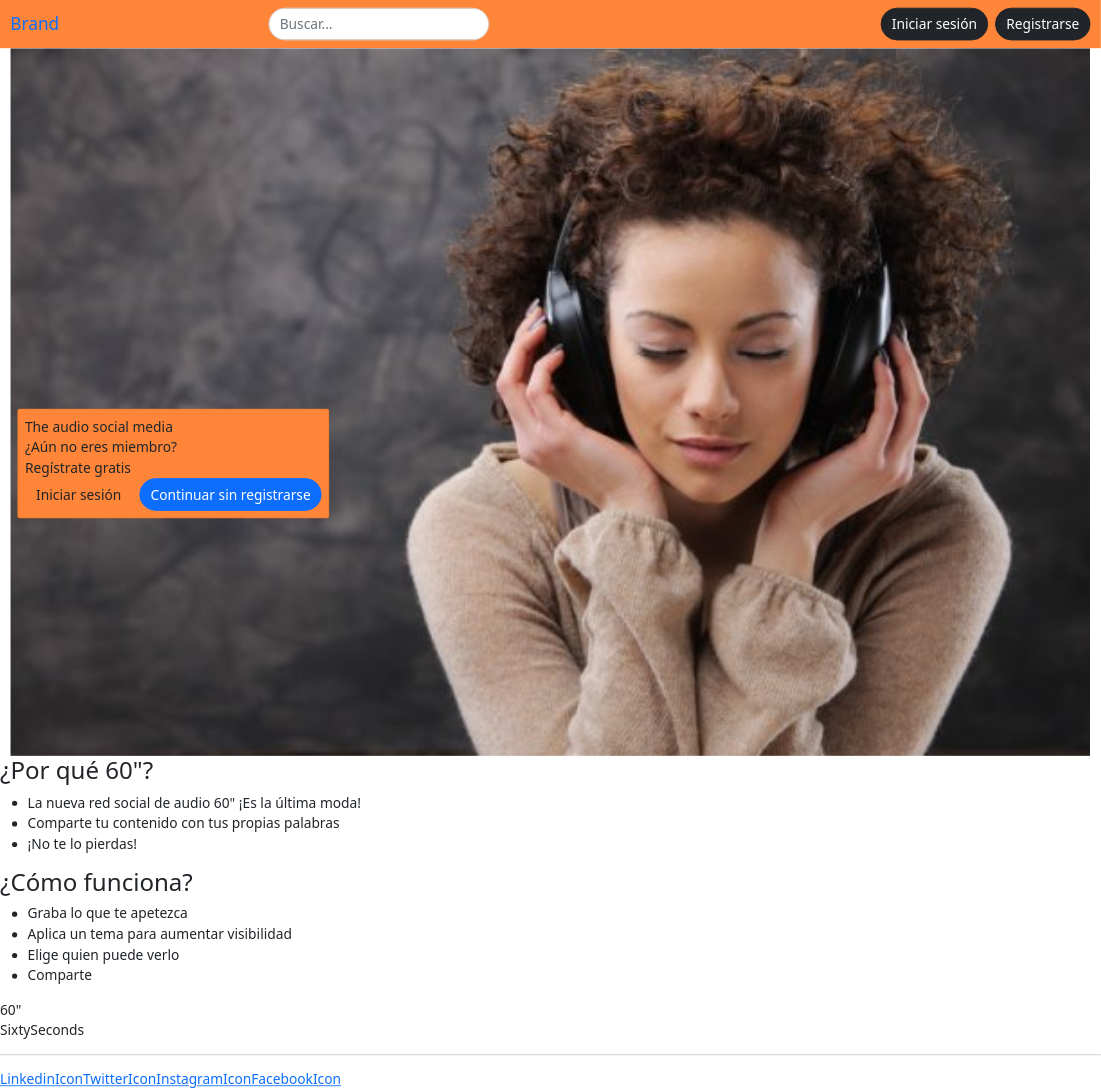
Repository: Zapulin/react-sixtySeconds-front
Page: /
An editor plug-in stored every save of this project. The page is shown before and after the next save, followed by the edit.
The browser window is 1280 px wide. The pictures show the whole page, at 86% of full size.
The project was rebuilt for these pictures with package versions that can differ from the ones it lists, and the page was loaded fresh each time. Also part of the build but not shown: src/Components/Login.js, src/Components/Signup.js, src/Components/Publish.js, src/Components/Activity.js, src/Components/Navbar.js, src/Components/Categories.js, src/Components/IconProfile.js, src/Components/Recorder.js and 10 more. Imported but missing from the stored project, and not drawn on this page: src/Samples/AUDIOMP3.mp3, src/Samples/AUDIOOGG.ogg.

Above is the page before, as saved 2022-04-13 15:03:23.

### src/index.js
import React from 'react';
import ReactDOM from 'react-dom';
import App from './App';
import './index.css';
import 'bootstrap/dist/css/bootstrap.min.css';

ReactDOM.render(
  <React.StrictMode>
    <App />
  </React.StrictMode>,
  document.getElementById('root')
);

### src/App.js
import { BrowserRouter, Routes, Route } from 'react-router-dom';

//Pages
import Home from './Pages/Home';
import Feed from './Pages/Feed';
import User from './Pages/Profile';
import NotFound from './Pages/NotFound';

function App() {
  return (
    <BrowserRouter>
      <Routes>
        <Route path='/' element={<Home/>} />
        <Route path='/feed' element={<Feed/>} />
        <Route path='/profile/:id' element={<User/>} />
        <Route path='*' element={<NotFound/>} />
      </Routes>
    </BrowserRouter>
  );
}

export default App;

### src/Pages/Home.js
import top_image from "../Resources/images/top_image.svg";


//Components
import Footer from '../Components/Footer'
import NavbarHome from '../Components/NavbarHome'

function Home() {

  return (
    <>
    <NavbarHome/>
      <div className="container-fluid">
          <div className="position-relative">
            <img className="img-fluid" src={top_image} alt="" />
            <div className="card rounded m-2 p-2 position-absolute top-50" style={{background:'#FF8638'}}>
                 <span> The audio social media </span>
                 <span> ¿Aún no eres miembro? </span>
                 <span> Regístrate gratis </span>
                <div className="d-flex justify-content-between">
                    <button className="btn rounded-pill"> Iniciar sesión</button>
                    <button className="btn btn-primary ms-2 rounded-pill"> Continuar sin registrarse </button>
                </div>
            </div>
        </div>
      </div>
      <div>
        <div>
            <h3>¿Por qué 60"?</h3>
            <ul>
                <li><span>La nueva red social de audio 60" ¡Es la última moda!</span></li>
                <li><span>Comparte tu contenido con tus propias palabras</span></li>
                <li><span>¡No te lo pierdas!</span></li>
            </ul>
        </div>
        <div>
            <h3>¿Cómo funciona?</h3>
            <ul>
                <li><span>Graba lo que te apetezca</span></li>
                <li><span>Aplica un tema para aumentar visibilidad</span></li>
                <li><span>Elige quien puede verlo</span></li>
                <li><span>Comparte</span></li>
            </ul>
        </div>
      </div>
      <Footer/>
    </>
  );
}

export default Home;

### src/Components/Footer.js

function Footer() {
  return (
  	<footer>
		<div className="circle">
			<span>60"</span><br /><span>SixtySeconds</span><br /><hr />
			<a href="https://www.linkedin.com" target="_blank">LinkedinIcon{ /* TODO: add linkedIn icon */ }</a>
			<a href="https://twitter.com" target="_blank">TwitterIcon{ /* TODO: add twitter icon */ }</a>
			<a href="https://www.instagram.com" target="_blank">InstagramIcon{ /* TODO: add instagram icon */ }</a>
			<a href="https://www.facebook.com" target="_blank">FacebookIcon{ /* TODO: add facebook icon */ }</a>
		</div>
	</footer>
  );
}

export default Footer;

### src/Components/NavbarHome.js
import "../stylesheets/NavbarHome.css";

function NavbarHome() {

	return (

    <>
    <nav className="navbar navbar-expand-lg">
      <div className="container-fluid">
          {/* Logo - por ahora es un link  */}
        <a href="#" className="navbar-brand">
          Brand
        </a>
        <button
          type="button"
          className="navbar-toggler"
          data-bs-toggle="collapse"
          data-bs-target="#navbarCollapse1"
        >
          <i className="fa fa-bars"></i>
        </button>
        <div className="collapse navbar-collapse" id="navbarCollapse1">
          <div className="form my-2 my-lg-0 mx-auto">
            <input
              className="form-control mr-sm-2 rounded-pill"
              type="search"
              placeholder="Buscar..."
              aria-label="Search"
            />
          </div>
          {/* <div class="navbar-nav">
                  <a href="#" class="nav-item nav-link active">Home</a>
                  <a href="#" class="nav-item nav-link">About</a>
                  <a href="#" class="nav-item nav-link">Products</a>
              </div> */}
          {/* Buttons */}
          <div className="d-flex ms-auto gap-2">
            {/* <input type="text" class="form-control me-sm-2" placeholder="Search"/> */}
            <button type="button" className="btn btn-dark rounded-pill">
              Iniciar sesión
            </button>
            <button type="button" className="btn btn-dark rounded-pill">
              Registrarse
            </button>
          </div>
        </div>
      </div>
    </nav>

    <header className="text-white" id="navbar-color">
      <div className="row">
        {/* <ul class="nav col-12 col-lg-auto me-lg-auto mb-2 justify-content-center mb-md-0">

    <form class="col-12 col-lg-auto mb-3 mb-lg-0 me-lg-3">

    </form>
    </ul> */}
        <div className="col-5"></div>
        <div className="col-4"></div>

        <div className="col-3 d-lg-flex gap-2">
          {/* <button type="button" class="btn btn-dark rounded-pill">
                Iniciar sesión
              </button> */}

          {/* <button type="button" class="btn btn-dark rounded-pill">
                Registrarse
              </button> */}
        </div>
      </div>
    </header>
  </>
);
}

export default NavbarHome;

### src/stylesheets/NavbarHome.css
.bd-placeholder-img {
    font-size: 1.125rem;
    text-anchor: middle;
    -webkit-user-select: none;
    -moz-user-select: none;
    user-select: none;
  }

  @media (min-width: 768px) {
    .bd-placeholder-img-lg {
      font-size: 3.5rem;
    }
  }

  nav {
      background-color: #FF8638;
  }

Loaded but not shown: public/index.html (common file); src/index.css (common file)

After the next save:
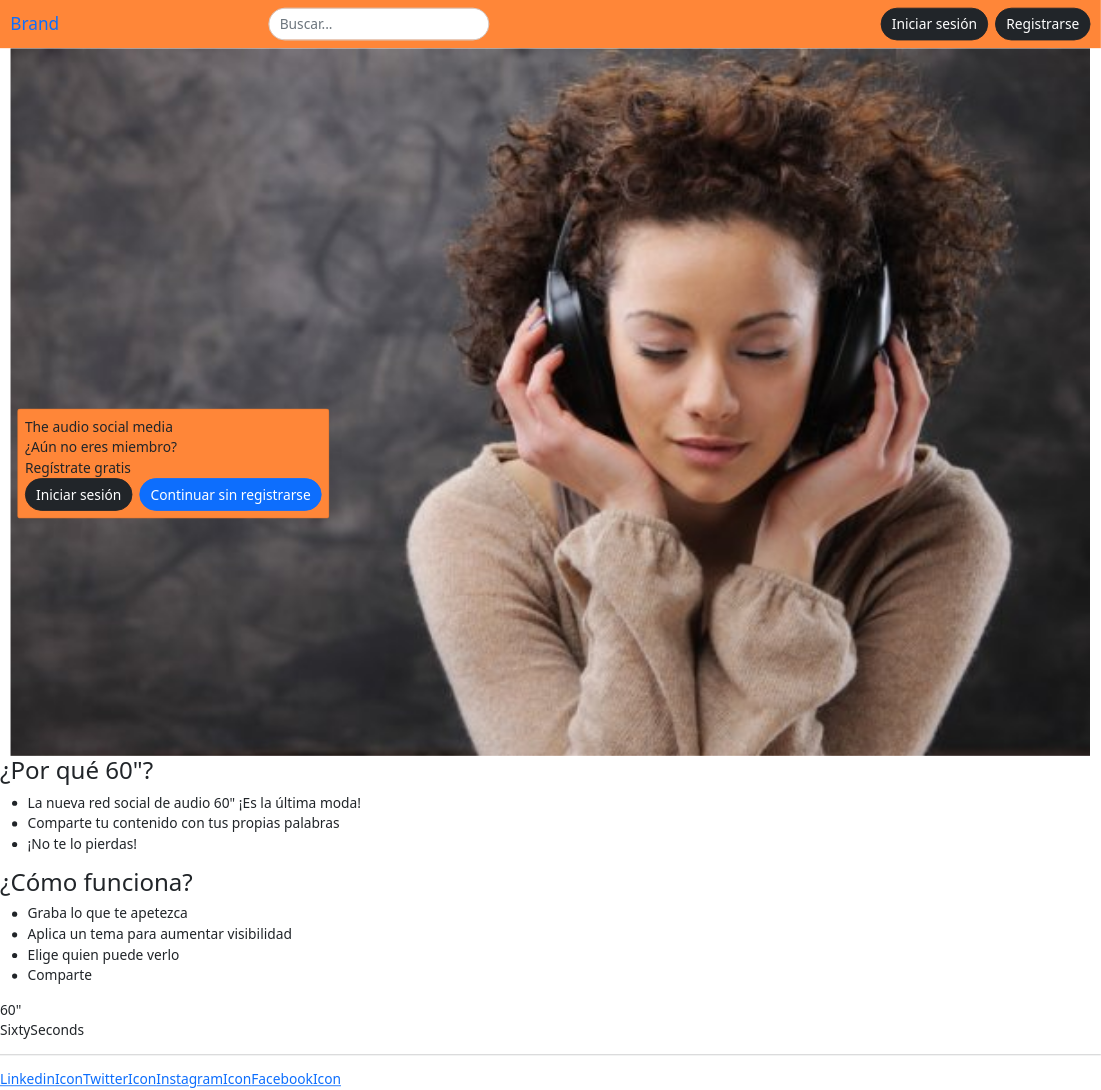
Saved 42 s later.
--- a/src/Pages/Home.js
+++ b/src/Pages/Home.js
@@ -18,7 +18,7 @@
                  <span> ¿Aún no eres miembro? </span>
                  <span> Regístrate gratis </span>
                 <div className="d-flex justify-content-between">
-                    <button className="btn rounded-pill"> Iniciar sesión</button>
+                    <button className="btn btn-dark rounded-pill"> Iniciar sesión</button>
                     <button className="btn btn-primary ms-2 rounded-pill"> Continuar sin registrarse </button>
                 </div>
             </div>
